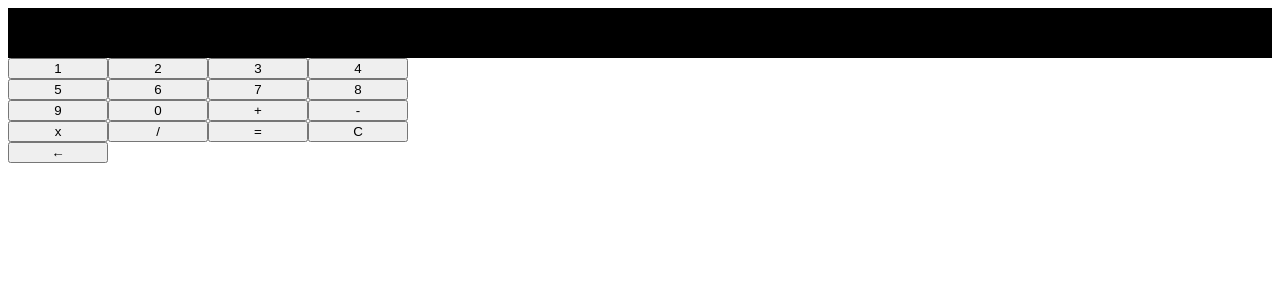
Repository: TEazy2433/LAB-calculator
Page: index.html
The author's editor kept a copy of each file at every save. The page is drawn from the files as they stood at one save, then again after the next save.
The browser window is 1280 px wide. The pictures show the whole page.

Above is the page before, as saved 2023-10-13 18:08:22.

After the next save:
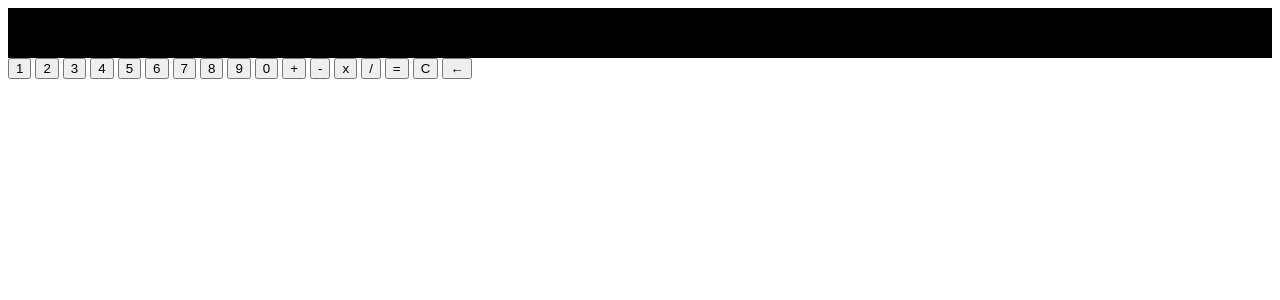
Saved 15 h 14 min later.
--- a/main.css
+++ b/main.css
@@ -10,10 +10,3 @@
 
 }
 .buttons{
-  display: grid;
-  grid-template-columns: repeat(4, 1fr);
-  max-width: 400px;
-
-}
-button{
-}
